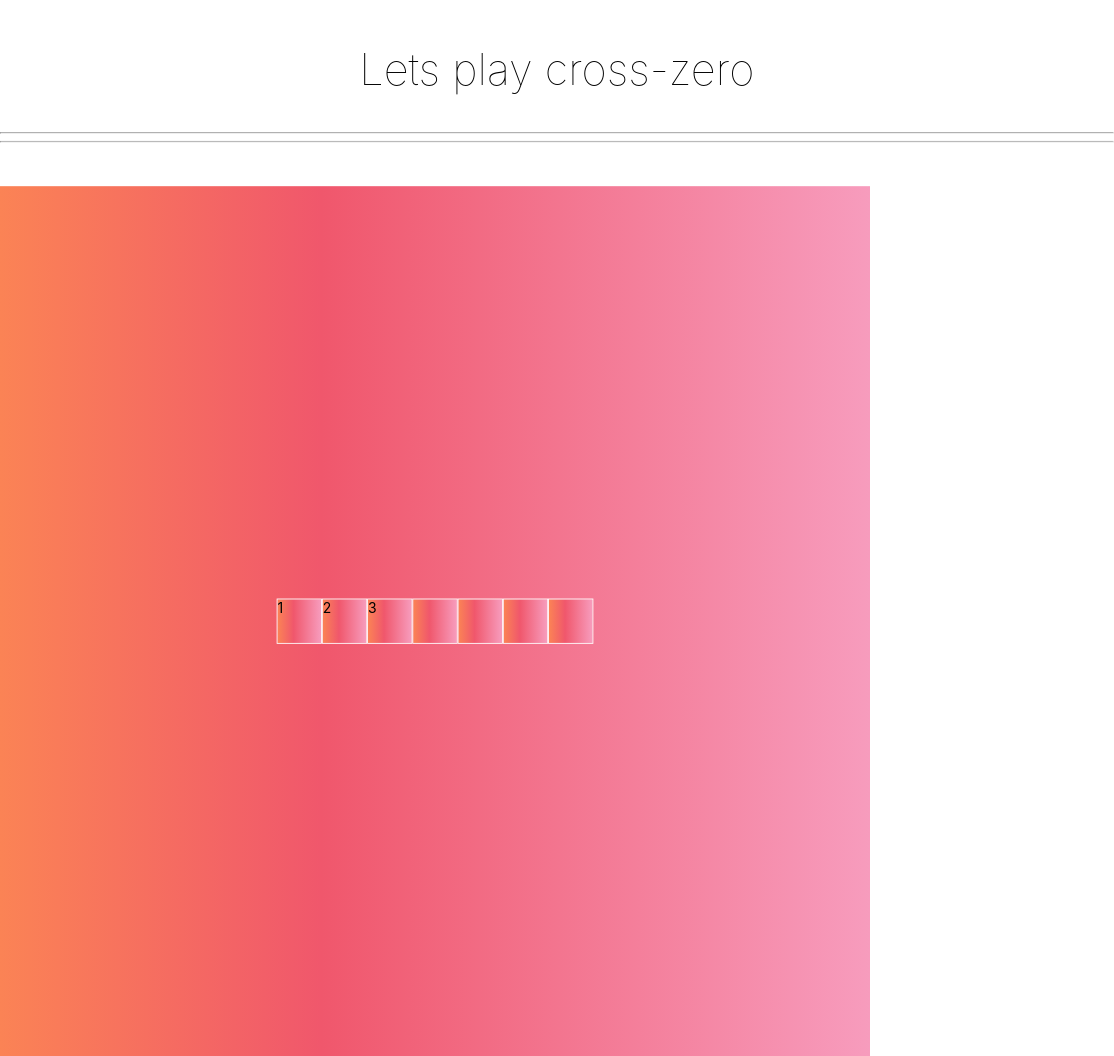
Repository: PGVlasov/cross-zero-game
Page: /
The author's editor kept a copy of each file at every save. The page is drawn from the files as they stood at one save, then again after the next save.
The browser window is 1280 px wide. The pictures show the whole page, at 87% of full size.
The project was rebuilt for these pictures with package versions that can differ from the ones it lists, and the page was loaded fresh each time. Also part of the build but not shown: webpack.config.js, src/Containers/Field/Field.module.css, src/Containers/Field/Field.js.

Above is the page before, as saved 2020-11-27 14:58:11.

### src/App.js
import Field from "./Containers/Field/Field";
import Field1 from "./Containers/Field/Field1";
import { Header } from "./Containers/Header/Header";

function App() {
  return (
    <div>
      <Header />
      <hr />
      <hr />
      <Field1 />
    </div>
  );
}

export default App;

### src/Containers/Field/Field1.js
import { render } from "@testing-library/react";
import React from "react";
import classes from "./Field1.module.css";

class Field1 extends React.Component {
  constructor(props) {
    super(props);
    this.state = {};

    // Привязка необходима, чтобы сделать this доступным в коллбэке
    this.onSetCross = this.onSetCross.bind(this);
    this.onSetZero = this.onSetZero.bind(this);
  }

  onSetCross() {}

  onSetZero() {}

  render() {
    return (
      <div className={classes.Field1}>
        <div className={classes.table}>1</div>
        <div className={classes.table}>2</div>
        <div className={classes.table}>3</div>
        <div className={classes.table}></div>
        <div className={classes.table}></div>
        <div className={classes.table}></div>
        <div className={classes.table}></div>
      </div>
    );
  }
}

export default Field1;

### src/Containers/Header/Header.js
import classes from "./Header.module.css";
import React from "react";

export const Header = () => {
  return (
    <div>
      <h2 className={classes.Header}>Lets play cross-zero</h2>
    </div>
  );
};

### src/Containers/Field/Field1.module.css
.Field1 {
  width: 1000px;
  height: 1000px;
  max-width: 1000px;
  display: flex;
  justify-content: center;
  margin-top: 50px;
  font-size: 500;
  background: linear-gradient(90deg, #fb8355 0%, #f0576c 37%, #f79cbd 100%);
  align-items: center;
  flex-wrap: wrap;
}

.table {
  width: 50px;
  height: 50px;
  font-size: 500;
  border: white 1px solid;
  background: linear-gradient(90deg, #fb8355 0%, #f0576c 37%, #f79cbd 100%);
}

### src/Containers/Header/Header.module.css
.Header {
  display: flex;
  justify-content: center;
  margin-top: 50px;
  font-size: 50px;
  font-weight: 100;
}

Loaded but not shown: public/index.html (common file); src/index.js (common file); src/index.css (common file); src/reportWebVitals.js (common file)

After the next save:
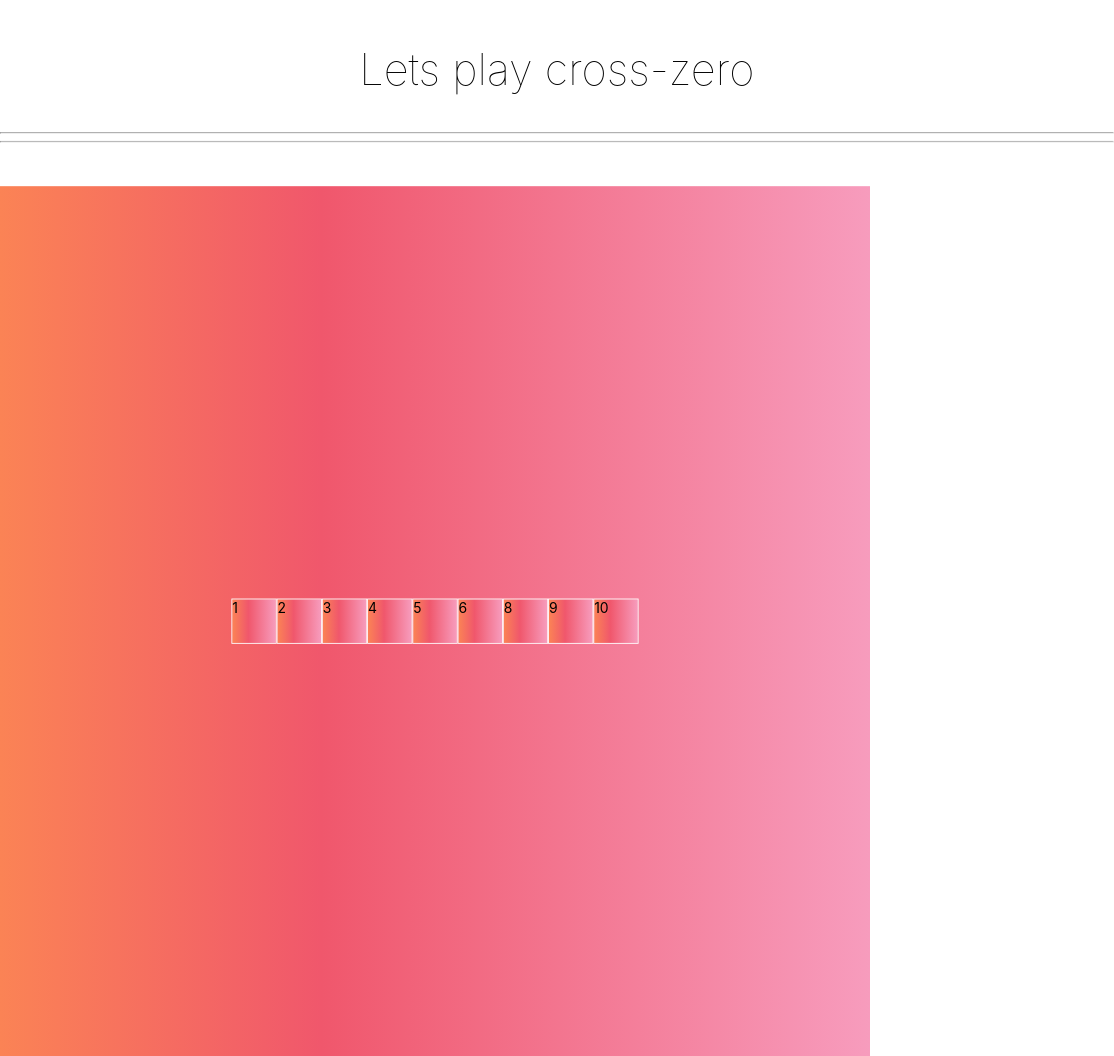
Saved 49 s later.
--- a/src/Containers/Field/Field1.js
+++ b/src/Containers/Field/Field1.js
@@ -22,10 +22,12 @@ class Field1 extends React.Component {
         <div className={classes.table}>1</div>
         <div className={classes.table}>2</div>
         <div className={classes.table}>3</div>
-        <div className={classes.table}></div>
-        <div className={classes.table}></div>
-        <div className={classes.table}></div>
-        <div className={classes.table}></div>
+        <div className={classes.table}>4</div>
+        <div className={classes.table}>5</div>
+        <div className={classes.table}>6</div>
+        <div className={classes.table}>8</div>
+        <div className={classes.table}>9</div>
+        <div className={classes.table}>10</div>
       </div>
     );
   }
